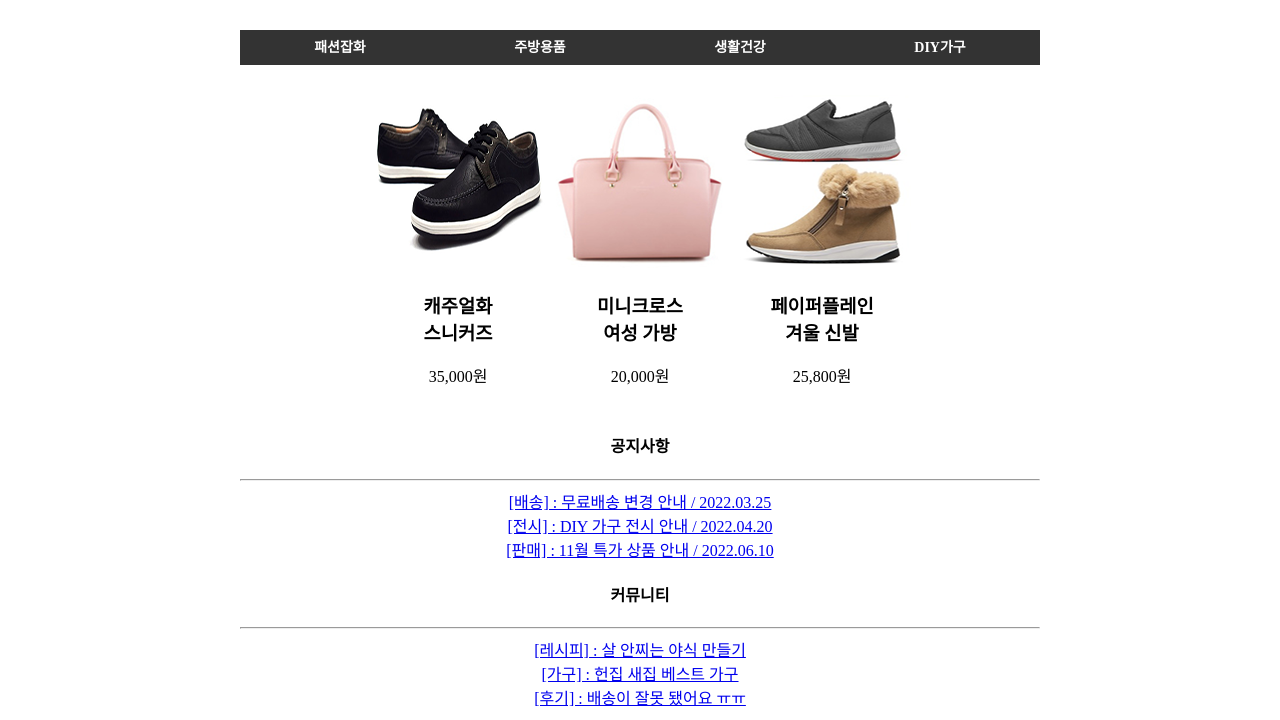
Repository: dudadab/Hhyundaiezwel_Academy
Page: CSS01/src/main/webapp/cssEx.html
The author's editor kept a copy of each file at every save. The page is drawn from the files as they stood at one save, then again after the next save.
The browser window is 1280 px wide. The pictures show the whole page.

Above is the page before, as saved 2025-07-02 08:09:55.

### CSS01/src/main/webapp/cssEx.html
<!DOCTYPE html>
<html>
	<head>
		<meta charset="UTF-8">
		<title>CSS 종합 연습문제</title>
		<link rel="stylesheet" type="text/css" href="cssEX.css">
	</head>
	<body>
		<div id="wrap">
			<div id="mainMenuBox">
				<ul id="menuItem">
					<li><a href="#">패션잡화</a></li>
					<li><a href="#">주방용품</a></li>
					<li><a href="#">생활건강</a></li>
					<li><a href="#">DIY가구</a></li>
				</ul>
			</div>
			<div id="productBox">
				<div>
					<img src="image/image/fashion1.png">
					<h3 class="prdTitle">캐주얼화<br>스니커즈</h3>
					<p class="prdPrice">35,000원</p>
				</div>
				<div>
					<img src="image/image/fashion2.png">
					<h3 class="prdTitle">미니크로스<br>여성 가방</h3>
					<p class="prdPrice">20,000원</p>
				</div>
				<div>
					<img src="image/image/fashion3.png">
					<h3 class="prdTitle">페이퍼플레인<br>겨울 신발</h3>
					<p class="prdPrice">25,800원</p>
				</div>
			</div>
			<div id="infoBox">
				<div class="box">
					<h4>공지사항</h4>
					<hr>
					<a href="#">[배송] : 무료배송 변경 안내 / 2022.03.25</a><br>
					<a href="#">[전시] : DIY 가구 전시 안내 / 2022.04.20</a><br>
					<a href="#">[판매] : 11월 특가 상품 안내 / 2022.06.10</a><br>
				</div>
				<div class="box">
					<h4>커뮤니티</h4>
					<hr>
					<a href="#">[레시피] : 살 안찌는 야식 만들기</a><br>
					<a href="#">[가구] : 헌집 새집 베스트 가구</a><br>
					<a href="#">[후기] : 배송이 잘못 됐어요 ㅠㅠ</a><br>
				</div>
			</div>
		</div>
	</body>
</html>

### CSS01/src/main/webapp/cssEX.css
@charset "UTF-8";

/*전체 컨텐츠를 담고 있는 div 태그*/
#wrap{
	margin:0 auto;/*가운데 정렬*/
	width:800px; /*가운데 정렬하기 위해서는 width 값이 있어야 함*/
	text-align:center;

}

#mainMenuBox{
	height:35px;
	line-height:35px; /*줄간격 - 수직 가운데 정렬 효과*/
	background-color:#333;
	margin-top:	30px;
	margin-bottom:30px;

}

#mainMenuBox ul {
	padding-left:0;
	margin:0;
	list-style:none;/*type 없음*/

}

#mainMenuBox li{
	float:left;
	width:25%;
	text-align:center;
}

#mainMenuBox a{
	text-decoration:none; /*a 태그의 밑줄 없애기*/
	color:white;
	display:block; /*a 태그는 inline 속성 -> block으로 속성 변경 시 마우스 반응 영역이 상위 태그에 준해서 확장됨*/
	font-size:14px;
	font-weight:bold;
}

#mainMenuBox a:hover {/*각 메뉴 항목에 마우스 올릴 시 */
	color:red;
	text-decoration:underline;
	background-color:black;

}

#productBox {
	margin-bottom:30px;

}

#productBox div {
	display:inline-block;
}

After the next save:
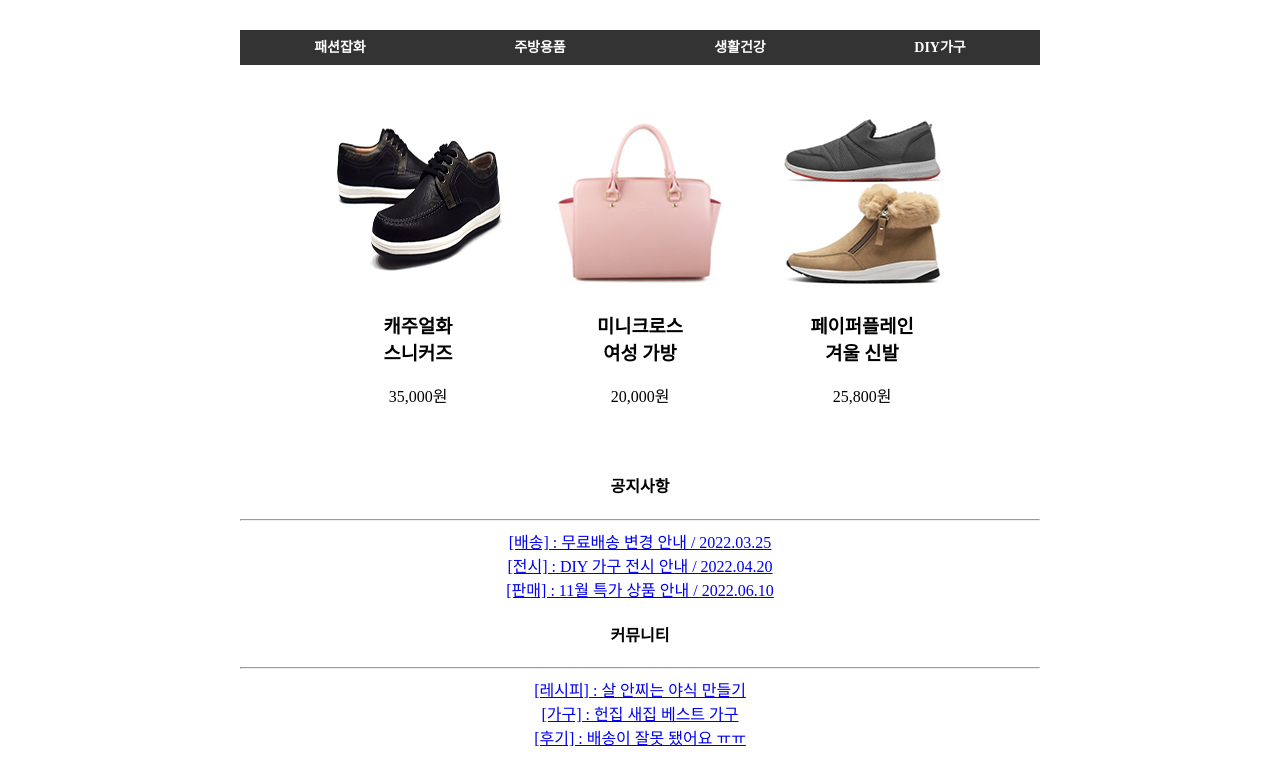
Saved 73 s later.
--- a/CSS01/src/main/webapp/cssEX.css
+++ b/CSS01/src/main/webapp/cssEX.css
@@ -52,4 +52,5 @@
 
 #productBox div {
 	display:inline-block;
+	margin:20px;
 }
